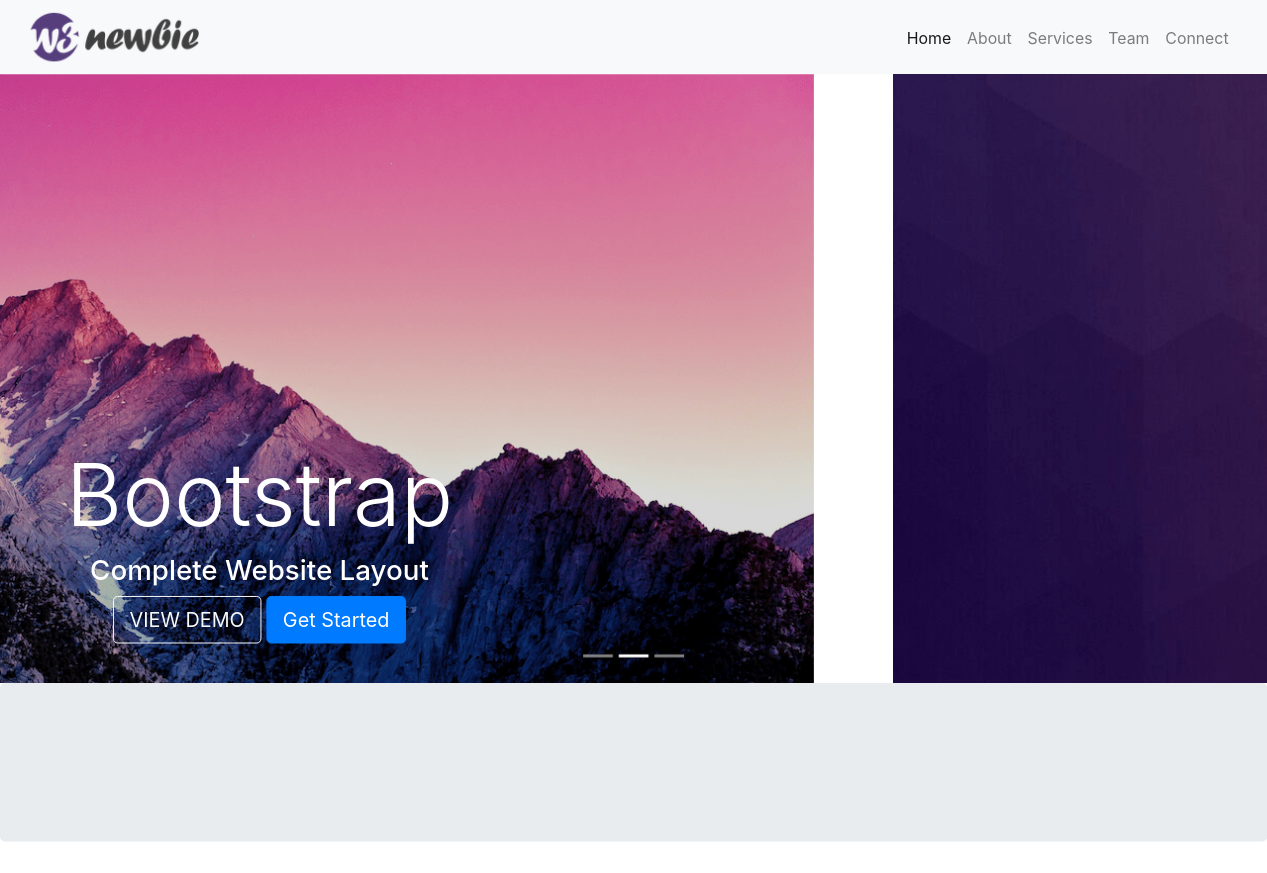
Repository: rkyankya/Bootstrap-1
Page: index.html
An editor plug-in stored every save of this project. The page is shown before and after the next save, followed by the edit.
The browser window is 1280 px wide. The pictures show the whole page, at 99% of full size.
Some web libraries are served in a nearby version.

Above is the page before, as saved 2019-12-15 16:34:15.

After the next save:
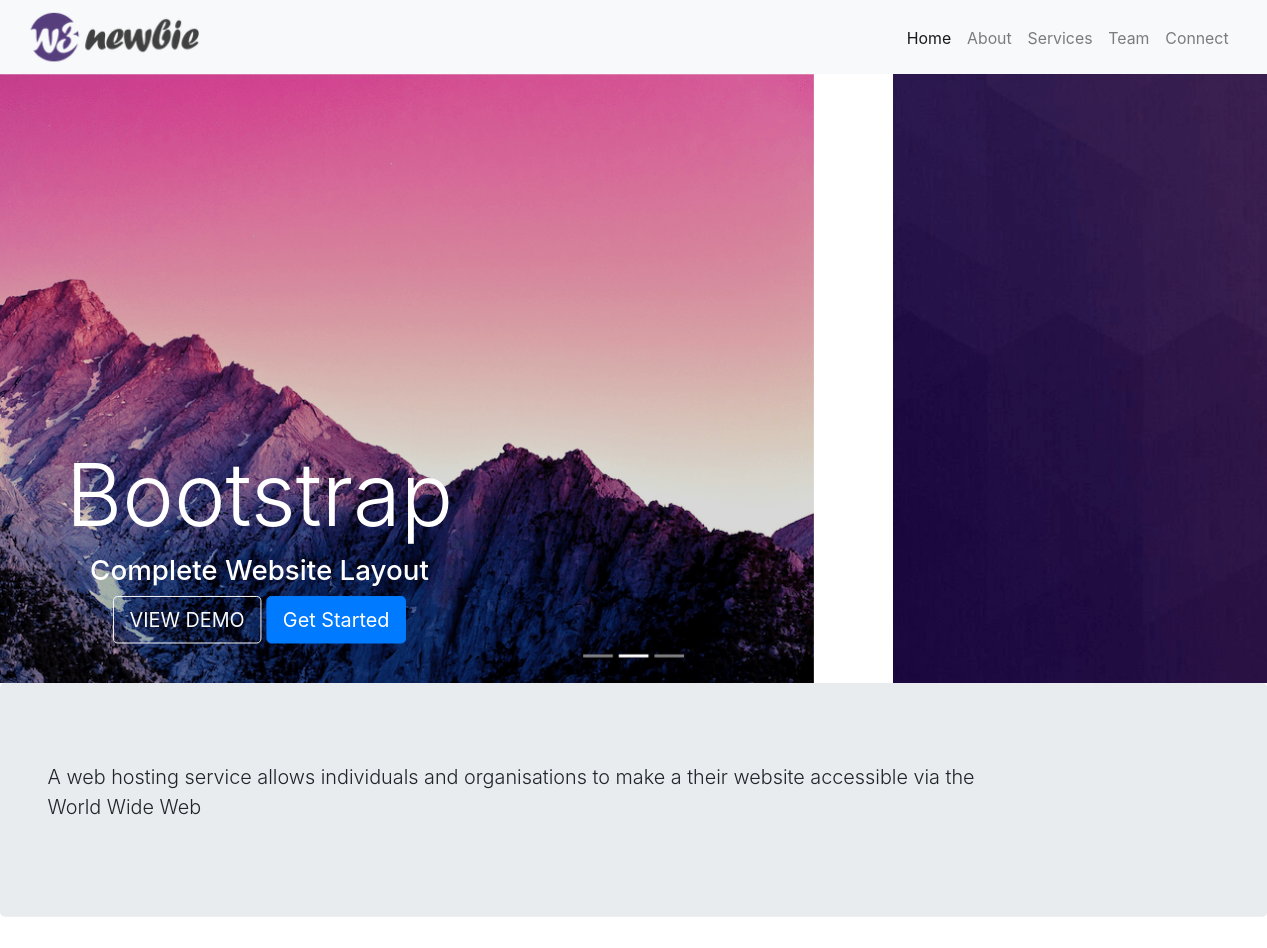
Saved 2 min 47 s later.
--- a/index.html
+++ b/index.html
@@ -75,6 +75,7 @@
         <div class="row jumbotron">
             <div class="col-xs-12 col-sm-12 col-md-9 col-lg-9 col-xl-10">
                 <!--Bootstrap has 12 coloms the 12 describes the coloms to take-->
+                <p class="lead">A web hosting service allows individuals and organisations to make a their website accessible via the World Wide Web</p>
 
             </div>
         </div>
